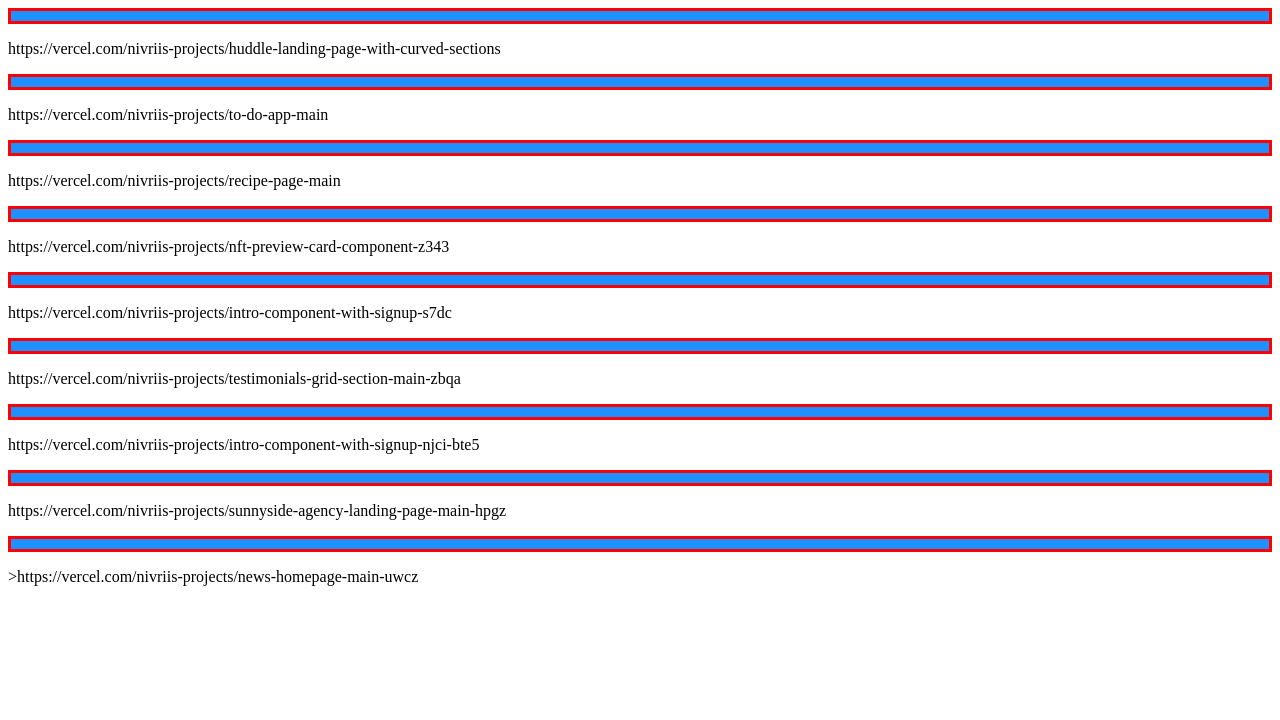
Repository: nivrii/links
Page: links.html
The author's editor kept a copy of each file at every save. The page is drawn from the files as they stood at one save, then again after the next save.
The browser window is 1280 px wide. The pictures show the whole page.

Above is the page before, as saved 2024-07-06 20:48:08.

### links.html
<!DOCTYPE html>
<html lang="en">
<head>
  <meta charset="UTF-8">
  <meta name="viewport" content="width=device-width, initial-scale=1.0">
  <title>Links</title>
  <style>
    body{
      display: flex;
      flex-direction: column;
      gap: 1rem;
    }
    a{
      display: block;
      padding: 5px;
      background-color: dodgerblue;
      color: white;
      border: 3px solid red;
    }
  </style>
</head>
<body>
  <a href="#" target="_blank"></a>https://vercel.com/nivriis-projects/huddle-landing-page-with-curved-sections</>
  <a href="#" target="_blank"></a>https://vercel.com/nivriis-projects/to-do-app-main</>
  <a href="#" target="_blank"></a>https://vercel.com/nivriis-projects/recipe-page-main</>
  <a href="#" target="_blank"></a>https://vercel.com/nivriis-projects/nft-preview-card-component-z343</>
  <a href="#" target="_blank"></a>https://vercel.com/nivriis-projects/intro-component-with-signup-s7dc</>
  <a href="#" target="_blank"></a>https://vercel.com/nivriis-projects/testimonials-grid-section-main-zbqa</>
  <a href="#" target="_blank"></a>https://vercel.com/nivriis-projects/intro-component-with-signup-njci-bte5</>
  <a href="#" target="_blank"></a>https://vercel.com/nivriis-projects/sunnyside-agency-landing-page-main-hpgz</>
  <a href="#" target="_blank"></a>>https://vercel.com/nivriis-projects/news-homepage-main-uwcz</a>
</body>
</html>

After the next save:
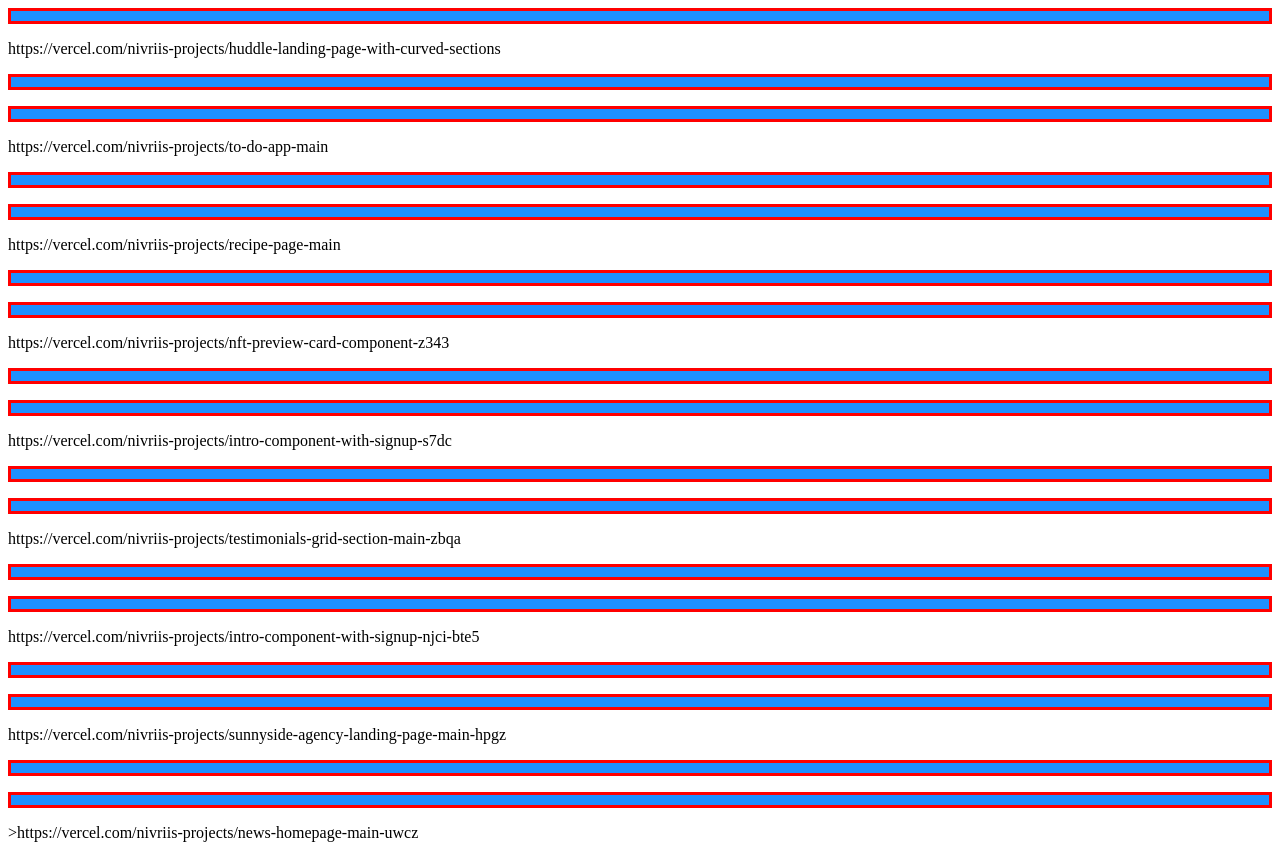
Saved 26 s later.
--- a/links.html
+++ b/links.html
@@ -20,14 +20,14 @@
   </style>
 </head>
 <body>
-  <a href="#" target="_blank"></a>https://vercel.com/nivriis-projects/huddle-landing-page-with-curved-sections</>
-  <a href="#" target="_blank"></a>https://vercel.com/nivriis-projects/to-do-app-main</>
-  <a href="#" target="_blank"></a>https://vercel.com/nivriis-projects/recipe-page-main</>
-  <a href="#" target="_blank"></a>https://vercel.com/nivriis-projects/nft-preview-card-component-z343</>
-  <a href="#" target="_blank"></a>https://vercel.com/nivriis-projects/intro-component-with-signup-s7dc</>
-  <a href="#" target="_blank"></a>https://vercel.com/nivriis-projects/testimonials-grid-section-main-zbqa</>
-  <a href="#" target="_blank"></a>https://vercel.com/nivriis-projects/intro-component-with-signup-njci-bte5</>
-  <a href="#" target="_blank"></a>https://vercel.com/nivriis-projects/sunnyside-agency-landing-page-main-hpgz</>
+  <a href="#" target="_blank"></a>https://vercel.com/nivriis-projects/huddle-landing-page-with-curved-sections<a/>
+  <a href="#" target="_blank"></a>https://vercel.com/nivriis-projects/to-do-app-main<a/>
+  <a href="#" target="_blank"></a>https://vercel.com/nivriis-projects/recipe-page-main<a/>
+  <a href="#" target="_blank"></a>https://vercel.com/nivriis-projects/nft-preview-card-component-z343<a/>
+  <a href="#" target="_blank"></a>https://vercel.com/nivriis-projects/intro-component-with-signup-s7dc<a/>
+  <a href="#" target="_blank"></a>https://vercel.com/nivriis-projects/testimonials-grid-section-main-zbqa<a/>
+  <a href="#" target="_blank"></a>https://vercel.com/nivriis-projects/intro-component-with-signup-njci-bte5<a/>
+  <a href="#" target="_blank"></a>https://vercel.com/nivriis-projects/sunnyside-agency-landing-page-main-hpgz<a/>
   <a href="#" target="_blank"></a>>https://vercel.com/nivriis-projects/news-homepage-main-uwcz</a>
 </body>
 </html>

After the save that followed:
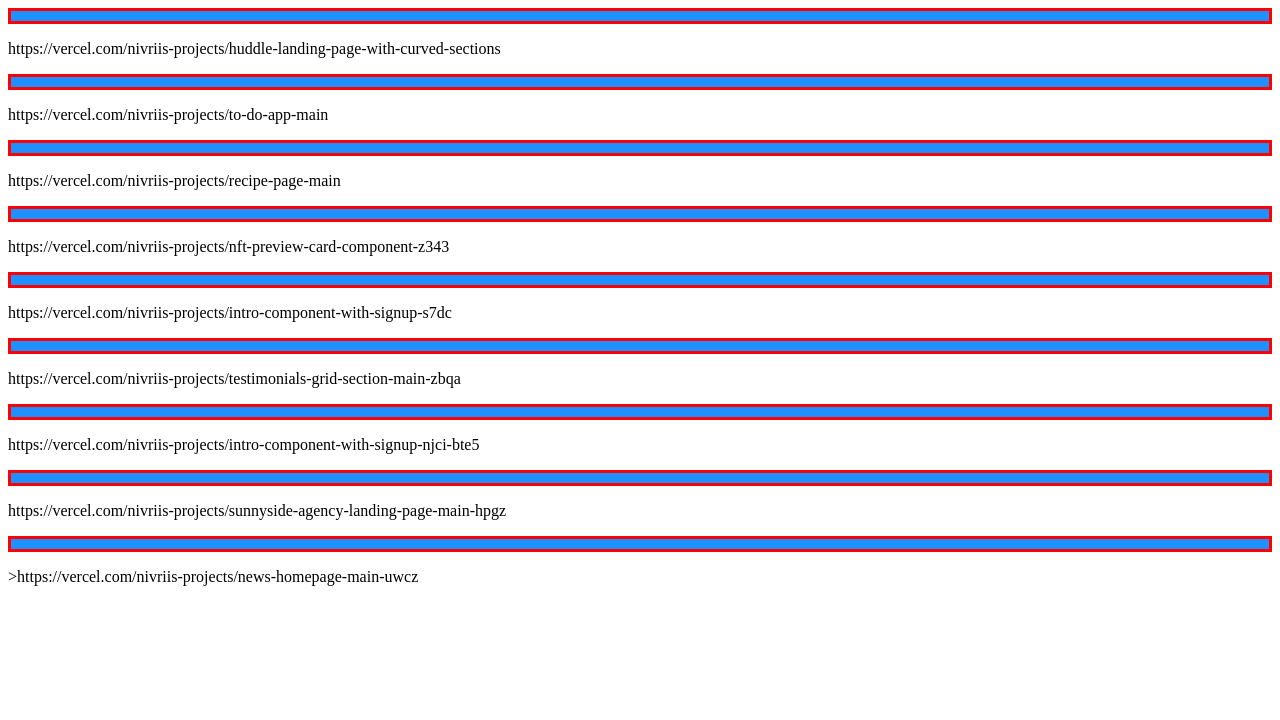
Saved 13 s later.
--- a/links.html
+++ b/links.html
@@ -20,14 +20,14 @@
   </style>
 </head>
 <body>
-  <a href="#" target="_blank"></a>https://vercel.com/nivriis-projects/huddle-landing-page-with-curved-sections<a/>
-  <a href="#" target="_blank"></a>https://vercel.com/nivriis-projects/to-do-app-main<a/>
-  <a href="#" target="_blank"></a>https://vercel.com/nivriis-projects/recipe-page-main<a/>
-  <a href="#" target="_blank"></a>https://vercel.com/nivriis-projects/nft-preview-card-component-z343<a/>
-  <a href="#" target="_blank"></a>https://vercel.com/nivriis-projects/intro-component-with-signup-s7dc<a/>
-  <a href="#" target="_blank"></a>https://vercel.com/nivriis-projects/testimonials-grid-section-main-zbqa<a/>
-  <a href="#" target="_blank"></a>https://vercel.com/nivriis-projects/intro-component-with-signup-njci-bte5<a/>
-  <a href="#" target="_blank"></a>https://vercel.com/nivriis-projects/sunnyside-agency-landing-page-main-hpgz<a/>
+  <a href="#" target="_blank"></a>https://vercel.com/nivriis-projects/huddle-landing-page-with-curved-sections</a>
+  <a href="#" target="_blank"></a>https://vercel.com/nivriis-projects/to-do-app-main</a>
+  <a href="#" target="_blank"></a>https://vercel.com/nivriis-projects/recipe-page-main</a>
+  <a href="#" target="_blank"></a>https://vercel.com/nivriis-projects/nft-preview-card-component-z343</a>
+  <a href="#" target="_blank"></a>https://vercel.com/nivriis-projects/intro-component-with-signup-s7dc</a>
+  <a href="#" target="_blank"></a>https://vercel.com/nivriis-projects/testimonials-grid-section-main-zbqa</a>
+  <a href="#" target="_blank"></a>https://vercel.com/nivriis-projects/intro-component-with-signup-njci-bte5</a>
+  <a href="#" target="_blank"></a>https://vercel.com/nivriis-projects/sunnyside-agency-landing-page-main-hpgz</a>
   <a href="#" target="_blank"></a>>https://vercel.com/nivriis-projects/news-homepage-main-uwcz</a>
 </body>
 </html>
